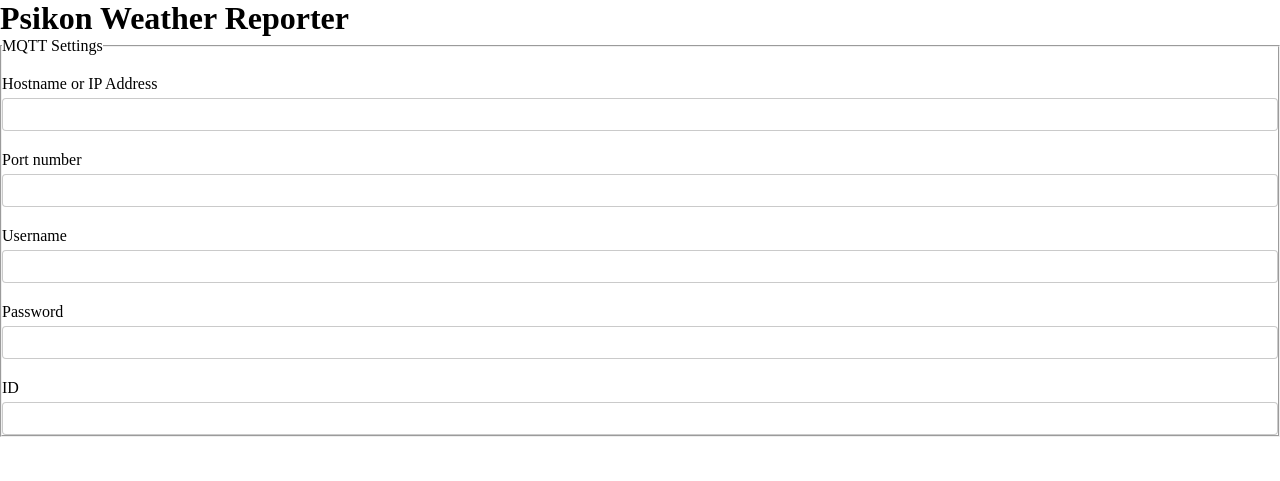
Repository: alex-dow/psikon-weather-station
Page: data/index.html
An editor plug-in stored every save of this project. The page is shown before and after the next save, followed by the edit.
The browser window is 1280 px wide. The pictures show the whole page.

Above is the page before, as saved 2021-12-09 22:34:27.

After the next save:
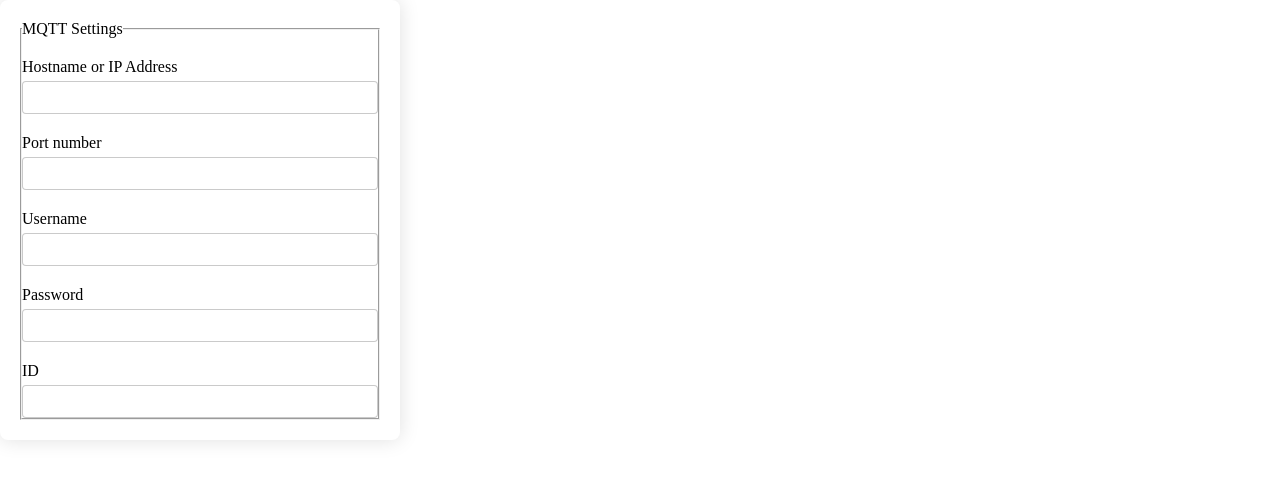
Saved 28 s later.
--- a/data/index.html
+++ b/data/index.html
@@ -71,7 +71,7 @@
   </style>
 </head>
 <body>
-  <h1>Psikon Weather Reporter</h1>
+  <div class="container">
   <form>
     <fieldset>
       <legend>MQTT Settings</legend>
@@ -97,5 +97,6 @@
       </div>
     </fieldset>
   </form>
+  </div>
 </body>
 </html>
